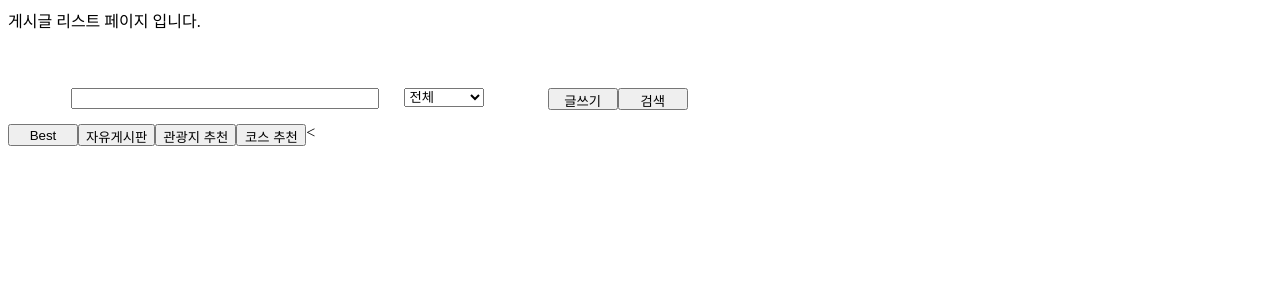
Repository: HJCroCat/project4
Page: http://localhost/koravle/boardMain.jsp
The author's editor kept a copy of each file at every save. The page is drawn from the files as they stood at one save, then again after the next save.
The browser window is 1280 px wide. The pictures show the whole page.
The page is served by Tomcat 9. Nobody is signed in. The application's start-up code is not run.

Above is the page before, as saved 2021-12-10 09:59:28.

After the next save:
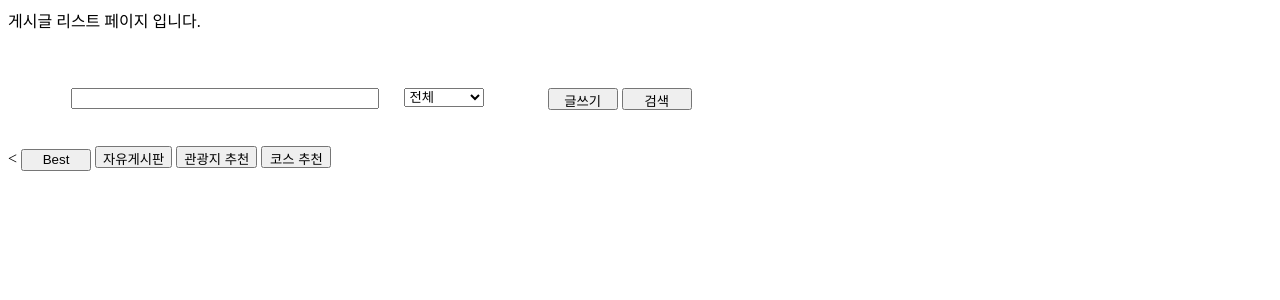
Saved 16 s later.
--- a/koravle/koravle/src/main/webapp/resources/style/stylecss.css
+++ b/koravle/koravle/src/main/webapp/resources/style/stylecss.css
@@ -3,7 +3,6 @@
 }
 
 .btn{
-	float: left;
 	max-width:100px;
 	min-width:70px;
 	height: 22px;
